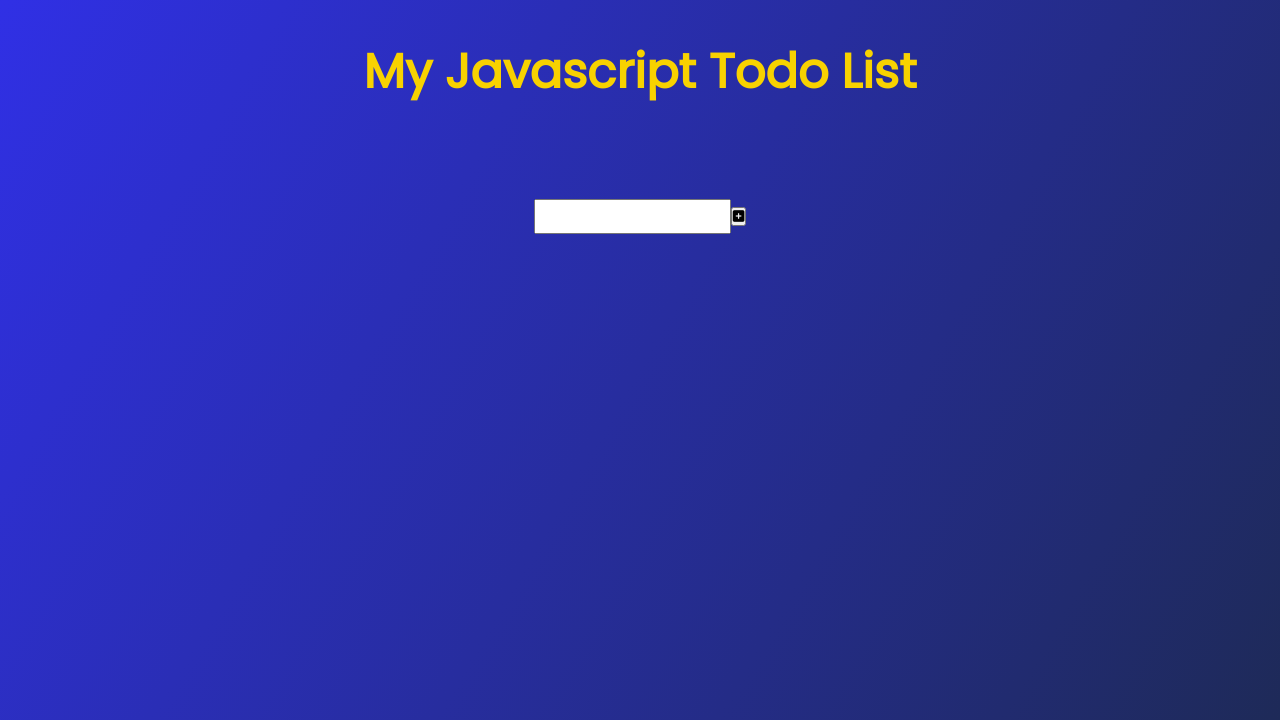
Repository: LuisMiLR/JavaScript-Todo-List
Page: index.html
The author's editor kept a copy of each file at every save. The page is drawn from the files as they stood at one save, then again after a run of saves.
The browser window is 1280 px wide. The pictures show the whole page.

Above is the page before, as saved 2023-05-01 13:32:36.

After the next 6 saves:
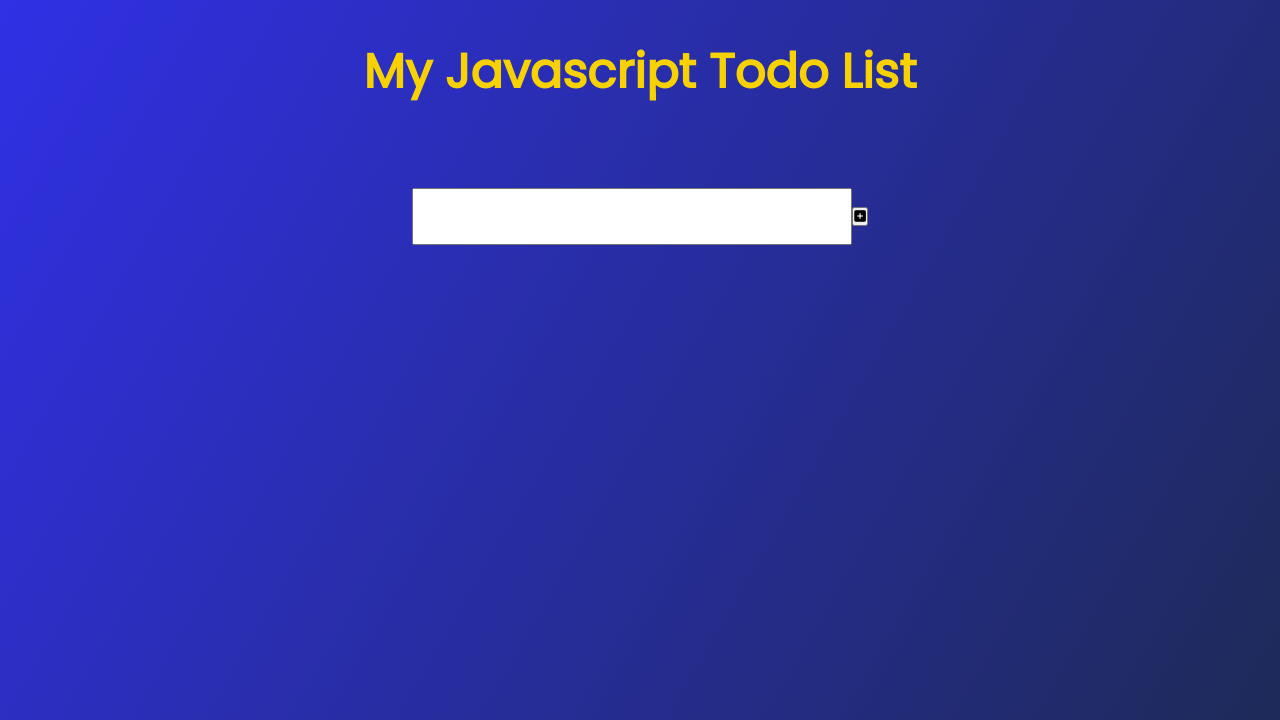
The 6 saves are shown as one change because they came seconds apart.
The last was saved 16 s later.
--- a/style.css
+++ b/style.css
@@ -23,5 +23,6 @@ header, form {
 
 form input, fuorm button {
     padding: 0.5rem;
-
+    font-size: 2rem;
+    border
 }
